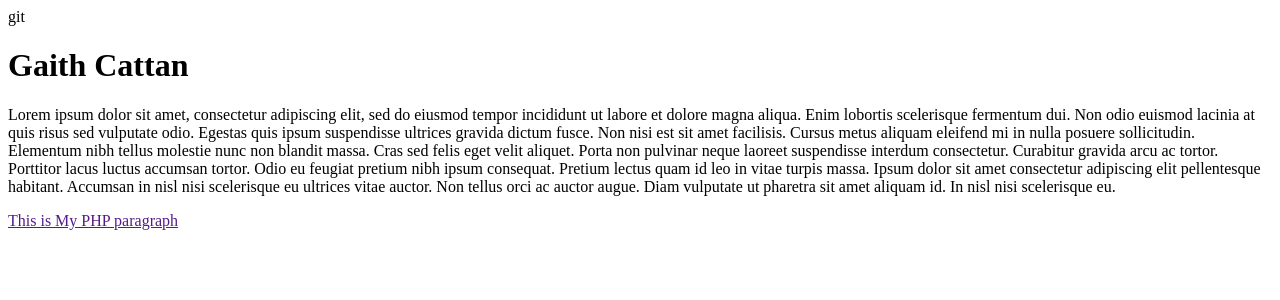
Repository: GaithCattan/COSW30
Page: http://localhost/labwork/lab1.php
The author's editor kept a record of every edit. The page is drawn from the files as they stood at one moment, then again after the next edit.
The browser window is 1280 px wide. The pictures show the whole page.
The page is run by PHP 8.4 with error messages shown; the project is at /var/www/html/.

Above is the page before.

### labwork/lab1.php
<!doctype html>
<html>
    <head>
            <title>My Name is Gaith</title>

    </head>git
    <body>
        <h1>Gaith Cattan</h1>
        <p>Lorem ipsum dolor sit amet, consectetur adipiscing elit, sed do eiusmod tempor incididunt ut labore et dolore magna aliqua. Enim lobortis scelerisque fermentum dui. Non odio euismod lacinia
            at quis risus sed vulputate odio. Egestas quis ipsum suspendisse ultrices gravida dictum fusce. Non nisi est sit amet facilisis. Cursus metus aliquam eleifend mi in nulla posuere sollicitudin.
            Elementum nibh tellus molestie nunc non blandit massa. Cras sed felis eget velit aliquet. Porta non pulvinar neque laoreet suspendisse interdum consectetur. Curabitur gravida arcu ac tortor.
            Porttitor lacus luctus accumsan tortor. Odio eu feugiat pretium nibh ipsum consequat. Pretium lectus quam id leo in vitae turpis massa. Ipsum dolor sit amet consectetur adipiscing elit
            pellentesque habitant. Accumsan in nisl nisi scelerisque eu ultrices vitae auctor. Non tellus orci ac auctor augue. Diam vulputate ut pharetra sit amet aliquam id. In nisl nisi scelerisque eu.</p>

        <?php
        echo "<a href=\"\">This is My PHP paragraph</a>"
        ?>
    </body>


</html>

After the next edit:
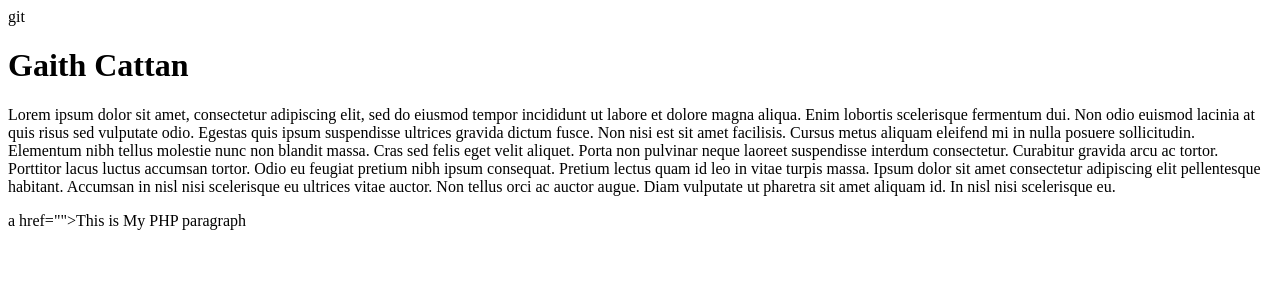
The edit:
--- a/labwork/lab1.php
+++ b/labwork/lab1.php
@@ -13,8 +13,9 @@
             pellentesque habitant. Accumsan in nisl nisi scelerisque eu ultrices vitae auctor. Non tellus orci ac auctor augue. Diam vulputate ut pharetra sit amet aliquam id. In nisl nisi scelerisque eu.</p>
 
         <?php
-        echo "<a href=\"\">This is My PHP paragraph</a>"
+        echo 'a href="">This is My PHP paragraph</a>'
         ?>
+
     </body>
 
 
